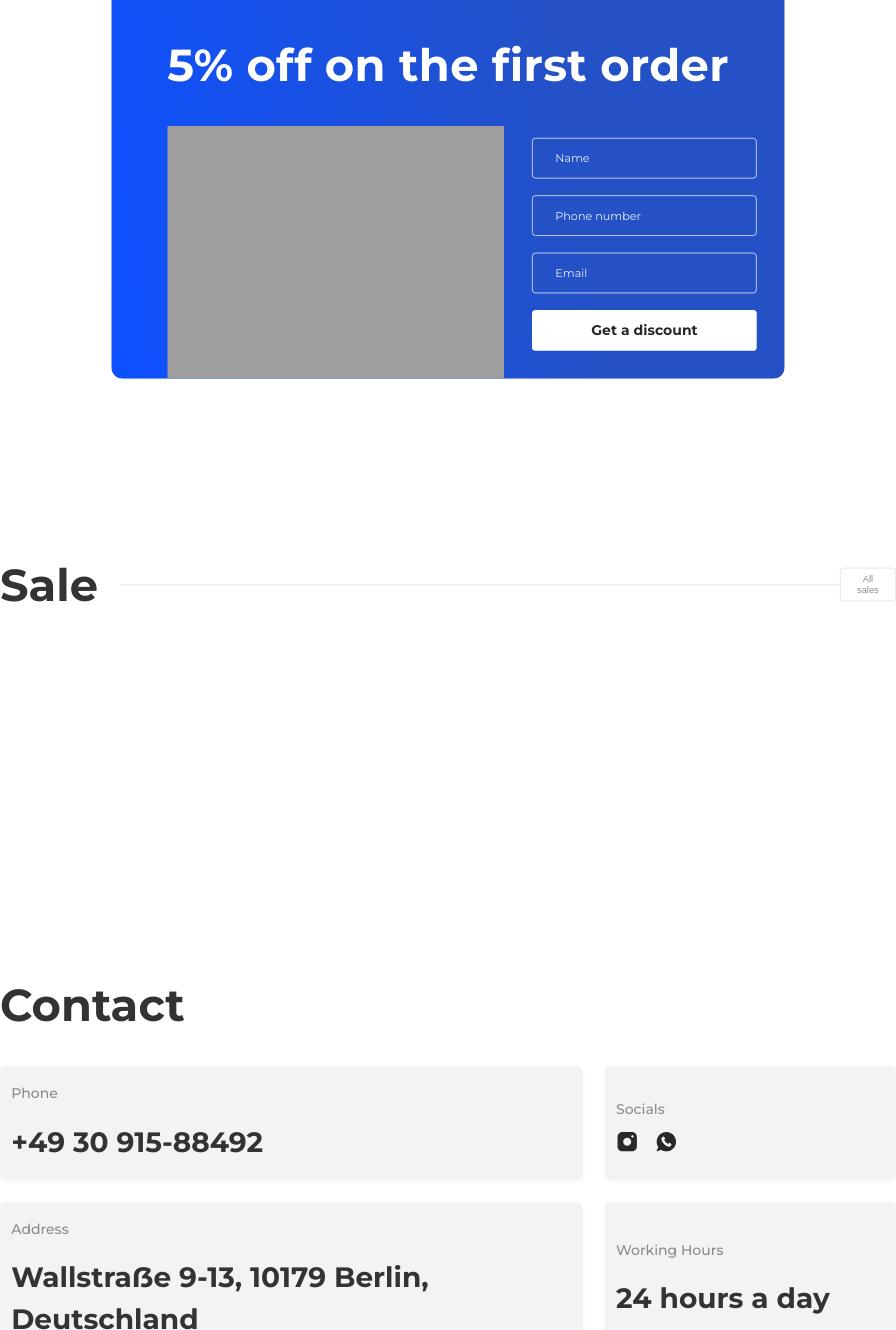
Repository: jursylian/PET-INTERNET-SHOP-PROJECT
Page: /
The author's editor kept a copy of each file at every save. The page is drawn from the files as they stood at one save, then again after the next save.
The browser window is 1280 px wide. The pictures show the part of the page from y = 1550 to 3450 px (the page is 3881 px tall before and 3810 px after), at 70% of full size.
Pictures or frames that could not be fetched are drawn as grey boxes. The page's requests for data from a server got no answer. The project was rebuilt for these pictures with package versions that can differ from the ones it lists, and the page was loaded fresh each time. No one was signed in, and anything a server would have sent is missing. Also part of the build but not shown: vite.config.js, src/pages/CategoriesAll/CategoriesAll.module.css, src/layouts/PageSection/PageSection.module.css, src/layouts/PageSection/PageSection.jsx, src/pages/CategoriesAll/CategoriesAll.jsx, src/redux/productsSelectors.js, src/components/ProductFilter/ProductFilter.module.css, src/components/ProductFilter/ProductFilter.jsx and 22 more.

Above is the page before, as saved 2025-11-06 18:18:07.

### index.html
<!DOCTYPE html>
<html lang="en">
  <head>
    <meta charset="UTF-8" />
    <link rel="icon" type="image/svg+xml" href="/vite.svg" />
    <link
      href="https://fonts.googleapis.com/css2?family=Montserrat:wght@400;500;700&display=swap"
      rel="stylesheet"
    />

    <meta name="viewport" content="width=device-width, initial-scale=1.0" />
    <title>pet-internet-shop-project</title>
  </head>
  <body>
    <div id="root"></div>
    <script type="module" src="/src/main.jsx"></script>
  </body>
</html>

### src/main.jsx
import React from "react";
import ReactDOM from "react-dom/client";
import App from "./App";
import { Provider } from "react-redux";
import store from "./redux/store";
import { BrowserRouter } from "react-router-dom";
import "./index.css";

ReactDOM.createRoot(document.getElementById("root")).render(
  <BrowserRouter>
    <Provider store={store}>
      <App />
    </Provider>
  </BrowserRouter>
);

### src/App.jsx
import "./App.css";
import AppRouter from "./router/AppRouter";

function App() {
  return (
    <>
      <AppRouter />
    </>
  );
}

export default App;

### src/index.css
* {
  margin: 0;
  padding: 0;
  box-sizing: border-box;
}

body {
  font-family: "Montserrat";
  font-size: 16px;
  line-height: 1.5;
  color: #333;
}

.text-decoration-none {
  text-decoration: none;
}

### src/router/AppRouter.jsx
import { Routes, Route } from "react-router-dom";
import MainLayout from "../layouts/MainLayout/MainLayout";

import Home from "../pages/Home/Home";
import CategoriesAll from "../pages/CategoriesAll/CategoriesAll";
import AllProducts from "../pages/AllProducts/AllProducts";
import ProductDescription from "../pages/ProductDescription/ProductDescription";
import Cart from "../pages/Cart/Cart";
import NotFound from "../pages/NotFound/NotFound";
import AllSales from "../pages/AllSales/AllSales";
import CategoryPage from "../pages/CategoryPage/CategoryPage";

function AppRouter() {
  return (
    <Routes>
      <Route element={<MainLayout />}>
        <Route path="/" element={<Home />} />
        <Route path="/categories" element={<CategoriesAll />} />
        <Route path="/categories/:categoryId" element={<CategoryPage />} />
        <Route path="/discounts" element={<AllSales />} />
        <Route path="/products" element={<AllProducts />} />
        <Route path="/product/:productId" element={<ProductDescription />} />
        <Route path="/cart" element={<Cart />} />
        <Route path="*" element={<NotFound />} />
      </Route>
    </Routes>
  );
}

export default AppRouter;

### src/layouts/MainLayout/MainLayout.jsx
import { Outlet } from "react-router-dom";
import Header from "../Header/Header";
import Footer from "../Footer/Footer";

export default function MainLayout() {
  return (
    <>
      <Header />
      <main className="container mx-auto p-4 min-h-[80vh]">
        <Outlet />
      </main>
      <Footer />
    </>
  );
}

### src/pages/Home/Home.jsx
import Categories from "../../components/Categories/Categories";
import PromoBanner from "../../components/PromoBanner/PromoBanner";
import DiscountForm from "../../components/DiscountForm/DiscountForm";
import Sales from "../../components/Sales/Sales";
import styles from "./Home.module.css";

function Home() {
  return (
    <main className={styles.wrapper}>
      <PromoBanner />
      <Categories />
      <DiscountForm />
      <Sales />
    </main>
  );
}

export default Home;

### src/layouts/Header/Header.jsx
import { Link, NavLink, useLocation } from "react-router-dom";
import { useSelector } from "react-redux";
import styles from "./Header.module.css";
import logo from "../../assets/logo.svg";
import cartIcon from "../../assets/cart-icon.svg";

function Header() {
  const items = useSelector((state) => state.cart.items);
  const totalQuantity = items.reduce((sum, item) => sum + item.quantity, 0);
  const location = useLocation();

  const currentPath = location.pathname;

  return (
    <header
      className={`${styles.header} ${
        currentPath !== "/" ? styles.withDivider : ""
      }`}
    >
      <div className={styles.left}>
        <Link to="/" className={styles.logo}>
          <img src={logo} alt="Логотип" />
        </Link>
      </div>

      <nav className={styles.nav}>
        {currentPath === "/" ? (
          <span className={styles.inactive}>Main Page</span>
        ) : (
          <NavLink to="/" end>
            Main Page
          </NavLink>
        )}

        {currentPath === "/categories" ? (
          <span className={styles.inactive}>Categories</span>
        ) : (
          <NavLink to="/categories">Categories</NavLink>
        )}

        {currentPath === "/products" ? (
          <span className={styles.inactive}>All Products</span>
        ) : (
          <NavLink to="/products">All Products</NavLink>
        )}

        {currentPath === "/discounts" ? (
          <span className={styles.inactive}>All Sales</span>
        ) : (
          <NavLink to="/discounts">All Sales</NavLink>
        )}
      </nav>

      <div className={styles.right}>
        <Link to="/cart" className={styles.cart}>
          <img src={cartIcon} alt="Корзина" />
          {totalQuantity > 0 && (
            <span className={styles.count}>{totalQuantity}</span>
          )}
        </Link>
      </div>
    </header>
  );
}

export default Header;

### src/layouts/Footer/Footer.jsx
import styles from "./Footer.module.css";
import chatIcon from "../../assets/ic-instagram.svg";
import phoneIcon from "../../assets/ic-whatsapp.svg";

export default function Footer() {
  return (
    <footer className={styles.footer}>
      <h3 className={styles.contact}>Contact</h3>
      <div className={styles.info}>
        <div className={styles.container}>
          <div className={styles.card}>
            <p className={styles.text}>Phone</p>
            <p className={styles.textInfo}>+49 30 915-88492</p>
          </div>
          <div className={styles.icons}>
            <p className={styles.text}>Socials</p>
            <div className={styles.socialsMedien}>
              <img src={chatIcon} alt="Chat" />
              <img src={phoneIcon} alt="Phone" />
            </div>
          </div>
        </div>

        <div className={styles.container}>
          <div className={styles.card}>
            <p className={styles.text}>Address</p>
            <p className={styles.textInfo}>
              Wallstraẞe 9-13, 10179 Berlin, Deutschland
            </p>
          </div>
          <div className={styles.icons}>
            <p className={styles.text}>Working Hours</p>
            <p className={styles.textInfo}>24 hours a day</p>
          </div>
        </div>
      </div>
      <div className={styles.map}>
        <iframe
          className={styles.iframe}
          src="https://www.google.com/maps/embed?pb=!1m18!1m12!1m3!1d3642.428115488763!2d13.40018838277564!3d52.5113162995337!2m3!1f0!2f0!3f0!3m2!1i1024!2i768!4f13.1!3m3!1m2!1s0x47a84e27db4748a5%3A0x1d538c01013c2c7!2sWallstra%C3%9Fe%209-13%2C%2010179%20Berlin!5e0!3m2!1suk!2sde!4v1760550313224!5m2!1suk!2sde"
          width="600"
          height="450"
          style={{ border: 0 }}
          allowFullScreen=""
          loading="lazy"
          referrerPolicy="no-referrer-when-downgrade"
        ></iframe>
      </div>
    </footer>
  );
}

### src/components/Categories/Categories.jsx
import { useNavigate } from "react-router-dom";
import { useEffect, useState } from "react";
import axios from "axios";
import styles from "./Categories.module.css";

const Categories = () => {
  const navigate = useNavigate();
  const [categories, setCategories] = useState([]);

  useEffect(() => {
    const fetchCategories = async () => {
      try {
        const res = await axios.get("http://localhost:3333/categories/all");
        setCategories(res.data.slice(0, 4));
      } catch (err) {
        console.error("Ошибка загрузки категорий:", err);
      }
    };

    fetchCategories();
  }, []);

  return (
    <section className={styles.categories}>
      <div className={styles.header}>
        <h2 className={styles.title}>Categories</h2>
        <div className={styles.line}></div>
        <button
          onClick={() => navigate("/categories")}
          className={styles.showAllBtn}
        >
          All categories
        </button>
      </div>

      <div className={styles.cards}>
        {categories.map(({ id, title, image }) => (
          <div
            key={id}
            className={styles.card}
            onClick={() => navigate(`/categories/${id}`)}
          >
            <img
              src={`http://localhost:3333${image}`}
              alt={title}
              className={styles.image}
            />
            <p className={styles.label}>{title}</p>
          </div>
        ))}
      </div>
    </section>
  );
};

export default Categories;

### src/components/PromoBanner/PromoBanner.jsx
import { Link } from "react-router-dom";
import styles from "./PromoBanner.module.css";
import bannerImage from "../../assets/background.png";

function PromoBanner() {
  return (
    <section className={styles.hero}>
      <img src={bannerImage} alt="Баннер" className={styles.image} />

      <div className={styles.content}>
        <h1>
          Amazing Discounts <br />
          on Pets Products!
        </h1>

        <Link to="/discounts" className={styles.button}>
          Check out
        </Link>
      </div>
    </section>
  );
}

export default PromoBanner;

### src/pages/Home/Home.module.css
/* Home.module.css */
.wrapper {
  display: flex;
  flex-direction: column;
  gap: 80px;
  padding: 40px 0;
}

.section {
  display: flex;
  flex-direction: column;
  gap: 24px;
}

.title {
  font-size: 28px;
  font-weight: 600;
}

.grid {
  display: grid;
  grid-template-columns: repeat(auto-fill, minmax(220px, 1fr));
  gap: 24px;
}

.message {
  font-size: 16px;
  color: #555;
}

### src/layouts/Header/Header.module.css
.header {
  display: flex;
  align-items: center;
  justify-content: space-between;
  padding: 40px 80px;
  height: 128px;
  width: 100%;
  position: relative;
  background-color: #fff;
  z-index: 10;
}

.withDivider {
  border-bottom: 1px solid #e5e5e5;
}

.left,
.right {
  flex: 1;
  display: flex;
  align-items: center;
}

.left {
  justify-content: flex-start;
}

.right {
  justify-content: flex-end;
}

.logo img {
  height: 70px;
  display: block;
  transition: transform 0.3s ease;
}

.logo img:hover {
  transform: scale(1.2);
}

.nav {
  flex: 2;
  display: flex;
  justify-content: center;
  align-items: center;
  gap: 44px;
}

.nav a {
  text-decoration: none;
  color: #282828;
  font-weight: 500;
  font-size: 20px;
  transition: color 0.2s ease;
}

.nav a:hover {
  color: #007bff;
}

.active {
  color: #007bff;
  font-weight: 600;
}

.inactive {
  color: #8b8b8b;
  font-weight: 500;
  font-size: 20px;
  cursor: default;
  text-decoration: none;
  pointer-events: none;
}

.inactive:hover {
  color: #8b8b8b;
}

.cart {
  position: relative;
  display: flex;
  align-items: center;
}

.cart img {
  height: 44px;
}

.count {
  position: absolute;
  top: 0;
  left: -6px;
  background-color: #007bff;
  color: white;
  border-radius: 50%;
  font-size: 12px;
  font-weight: bold;
  width: 22px;
  height: 22px;
  display: flex;
  align-items: center;
  justify-content: center;
}

### src/components/Categories/Categories.module.css
.categories {
  height: auto;
  min-height: 560px;
  border-radius: 10px;
  width: 100%;
  max-width: 1360px;
  margin: 0 auto;
  padding-bottom: 10px;
  margin-top: 106px;
}

.header {
  display: flex;
  align-items: center;
  margin-bottom: 40px;
  gap: 0; /* чтобы элементы были вплотную */
}

.title {
  font-family: Montserrat;
  font-weight: 700;
  font-size: 64px;
  margin-right: 32px;
  white-space: nowrap;
}

.line {
  flex: 1;
  height: 1px;
  background-color: #dddddd;
  margin-right: -1px; /* чтобы линия прямо “врезалась” в кнопку */
}

.showAllBtn {
  border: 1px solid #dddddd;
  border-radius: 5px;
  background-color: white;
  padding: 8px 16px;
  color: #8b8b8b;
  cursor: pointer;
  transition: all 0.3s ease;
  margin-left: 0; /* убираем отступ между линией и кнопкой */
}

.showAllBtn:hover {
  background-color: #7e7b7b;
  color: white;
  transform: translateY(-2px);
  box-shadow: 0 4px 8px rgba(0, 0, 0, 0.1);
}

.showAllBtn:active {
  background-color: #0d50ff;
  transform: scale(0.98);
  box-shadow: inset 0 2px 4px rgba(0, 0, 0, 0.2);
}

.cards {
  display: flex;
  flex-wrap: wrap;
  gap: 32px;
  justify-content: center;
}

.card {
  position: relative;
  text-align: center;
  cursor: pointer;
}

.image {
  width: 316px;
  height: 350px;
  object-fit: cover;
  border-radius: 12px;
  transition: transform 0.3s ease, box-shadow 0.3s ease;
}

.image:hover {
  transform: translateY(-6px) scale(1.1);
  box-shadow: 0 8px 16px rgba(0, 0, 0, 0.1);
}

.label {
  font-weight: 500;
  font-size: 20px;
  color: #282828;
  margin-top: 16px;
  line-height: 130%;
}

@media (max-width: 768px) {
  .header {
    flex-direction: column;
    align-items: center;
    gap: 16px;
  }

  .title {
    font-size: 36px;
    margin-right: 0;
  }

  .line {
    width: 100%;
    margin-right: 0;
  }

  .showAllBtn {
    font-size: 14px;
    padding: 6px 10px;
  }

  .cards {
    flex-direction: column;
    align-items: center;
    gap: 20px;
  }
}

### src/components/PromoBanner/PromoBanner.module.css
.hero {
  position: relative;
  width: 100%;
  height: 520px;
  overflow: hidden;
  margin-top: -40px;
}

.image {
  position: absolute;
  top: 0;
  left: 0;
  width: 100%;
  height: 100%;
  object-fit: cover;
  z-index: 1;
}

.content {
  position: relative;
  z-index: 2;
  color: #fff;
  text-align: left;
  padding-left: 80px;
  transform: translateY(50px);
}

.content h1 {
  font-size: 96px;
  font-weight: 700;
  margin-bottom: 40px;
  line-height: 1.1;
}

.button {
  display: inline-block;
  background: #0d50ff;
  color: #fff;
  font-weight: 600;
  font-size: 20px;
  border: none;
  border-radius: 8px;
  cursor: pointer;
  transition: background-color 0.2s ease, transform 0.2s ease;
  padding: 16px 36px;
  text-decoration: none;
  box-sizing: border-box;
}

.button:hover {
  background-color: #0036cc;
  transform: translateY(-3px);
  box-shadow: 0px 12px 20px rgba(13, 80, 255, 0.4);
}

### src/ui/Input/Input.jsx
import styles from "./Input.module.css";

const Input = ({
  type = "text",
  name,
  placeholder,
  value,
  onChange,
  error,
}) => {
  return (
    <div className={styles.field}>
      <input
        type={type}
        name={name}
        placeholder={placeholder}
        value={value}
        onChange={onChange}
        className={`${styles.input} ${error ? styles.errorBorder : ""}`}
      />
      {error && <p className={styles.error}>{error}</p>}
    </div>
  );
};

export default Input;

### src/ui/Button/Button.jsx
import { useState } from "react";
import styles from "./Button.module.css";

const Button = ({ children, onClick, type = "button", disabled = false }) => {
  const [submitted, setSubmitted] = useState(false);

  const handleClick = async (e) => {
    if (onClick) {
      const result = await onClick(e);

      if (result === true) {
        setSubmitted(true);
        setTimeout(() => setSubmitted(false), 3000);
      }
    }
  };

  return (
    <button
      type={type}
      onClick={handleClick}
      className={`${styles.button} ${submitted ? styles.submitted : ""}`}
      disabled={disabled || submitted}
    >
      {submitted ? "Request submitted" : children}
    </button>
  );
};

export default Button;

### src/components/DiscountForm/DiscountForm.module.css
.wrapper {
  max-width: 1395px;
  margin: 60px auto;
  border-radius: 16px;
  overflow: hidden;
}

.discountSection {
  position: relative;
  background: linear-gradient(261.47deg, #2451c6 32.63%, #0d50ff 98.96%);
  border-radius: 16px;
  padding: 60px 80px 0;
  display: flex;
  flex-direction: column;
  justify-content: space-between;
  min-height: 420px;
  overflow: hidden;
}

.title {
  color: #ffffff;
  font-weight: 800;
  font-size: 64px;
  text-align: center;
  margin-bottom: 40px;
  letter-spacing: 0.5px;
}

.content {
  display: flex;
  justify-content: space-between;
  align-items: flex-end;
  position: relative;
  gap: 40px;
}

.imageWrap {
  flex: 0 0 60%;
  display: flex;
  align-items: flex-end;
  justify-content: flex-start;
}

.animals {
  width: 100%;
  height: auto;
  object-fit: contain;
  transform: translateY(o);
}

.form {
  flex: 0 0 40%;
  display: flex;
  flex-direction: column;
  gap: 24px;
  align-items: stretch;
  justify-content: flex-end;
  padding-bottom: 40px;
}

@media (max-width: 1024px) {
  .discountSection {
    padding: 40px 24px;
  }

  .title {
    font-size: 42px;
    margin-bottom: 24px;
  }

  .content {
    flex-direction: column;
    align-items: center;
    gap: 32px;
  }

  .form {
    width: 100%;
    max-width: 380px;
    padding-bottom: 20px;
  }

  .imageWrap {
    justify-content: center;
  }

  .animals {
    width: 90%;
    transform: translateY(10px);
  }
}

@media (max-width: 600px) {
  .title {
    font-size: 32px;
  }

  .form {
    gap: 16px;
  }
}

### src/ui/Input/Input.module.css
.field {
  width: 100%;
  display: flex;
  flex-direction: column;
}

.input {
  padding: 16px 32px;
  width: 100%;
  height: 58px;
  border-radius: 5px;
  border: 1px solid #ffffff;
  background-color: #2451c6;
  color: #ffffff;
  font-size: 18px;
  font-family: Montserrat;
}

.input::placeholder {
  color: white;
  opacity: 0.9;
  font-size: 16px;
}

.error {
  font-size: 14px;
  color: #ffcccc;
  margin-top: 4px;
}

.errorBorder {
  border-color: #ff5555;
}

### src/ui/Button/Button.module.css
.button {
  padding: 16px 32px;
  width: 100%;
  height: 58px;
  font-family: Montserrat, sans-serif;
  font-weight: 600;
  font-size: 20px;
  border: none;
  border-radius: 5px;
  cursor: pointer;
  background-color: #fff;
  color: #282828;
  transition: all 0.3s ease;
}

/* при наведении */
.button:hover {
  background-color: #282828;
  color: #fff;
}

/* активное состояние (после отправки) */
.button.submitted {
  background-color: #fff;
  color: #0d50ff;
  border: 2px solid #0d50ff;
  cursor: default;
  transition: all 0.3s ease;
}

/* убираем hover для состояния submitted */
.button.submitted:hover {
  background-color: #fff;
  color: #0d50ff;
}

Loaded but not shown: src/redux/productSlice.js (51 lines, source omitted); src/redux/cartSlice.js (38 lines, source omitted); src/redux/store.js (12 lines, source omitted); src/components/DiscountForm/DiscountForm.jsx (91 lines, source omitted); src/components/Sales/Sales.jsx (89 lines, source omitted); src/components/Sales/Sales.module.css (156 lines, source omitted); src/layouts/Footer/Footer.module.css (155 lines, source omitted); src/App.css (no stored copy; drawn as an empty file)

After the next save:
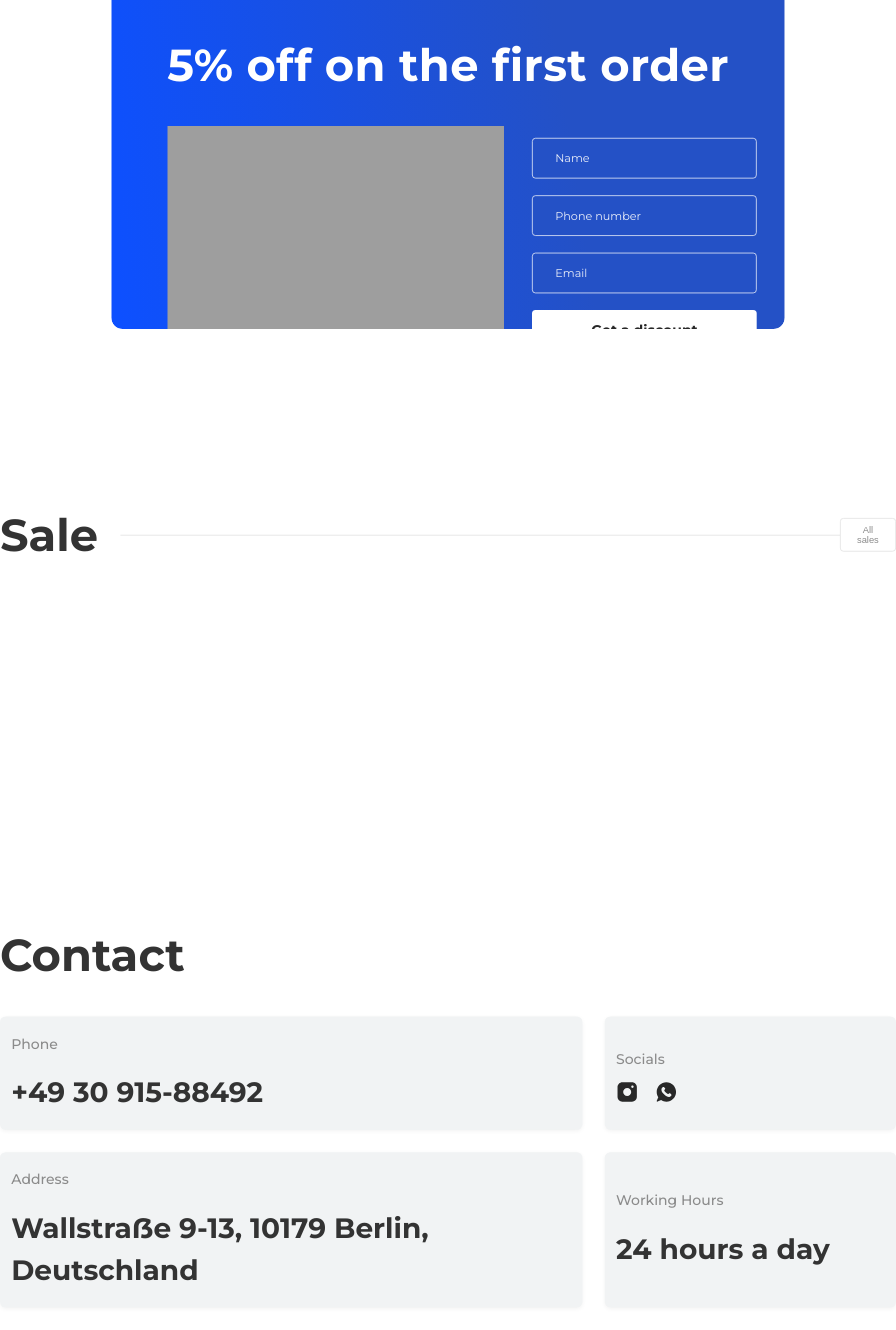
Saved 62 s later.
--- a/src/components/DiscountForm/DiscountForm.module.css
+++ b/src/components/DiscountForm/DiscountForm.module.css
@@ -15,6 +15,7 @@
   justify-content: space-between;
   min-height: 420px;
   overflow: hidden;
+  height: 486px;
 }
 
 .title {

After the 2 saves that followed:
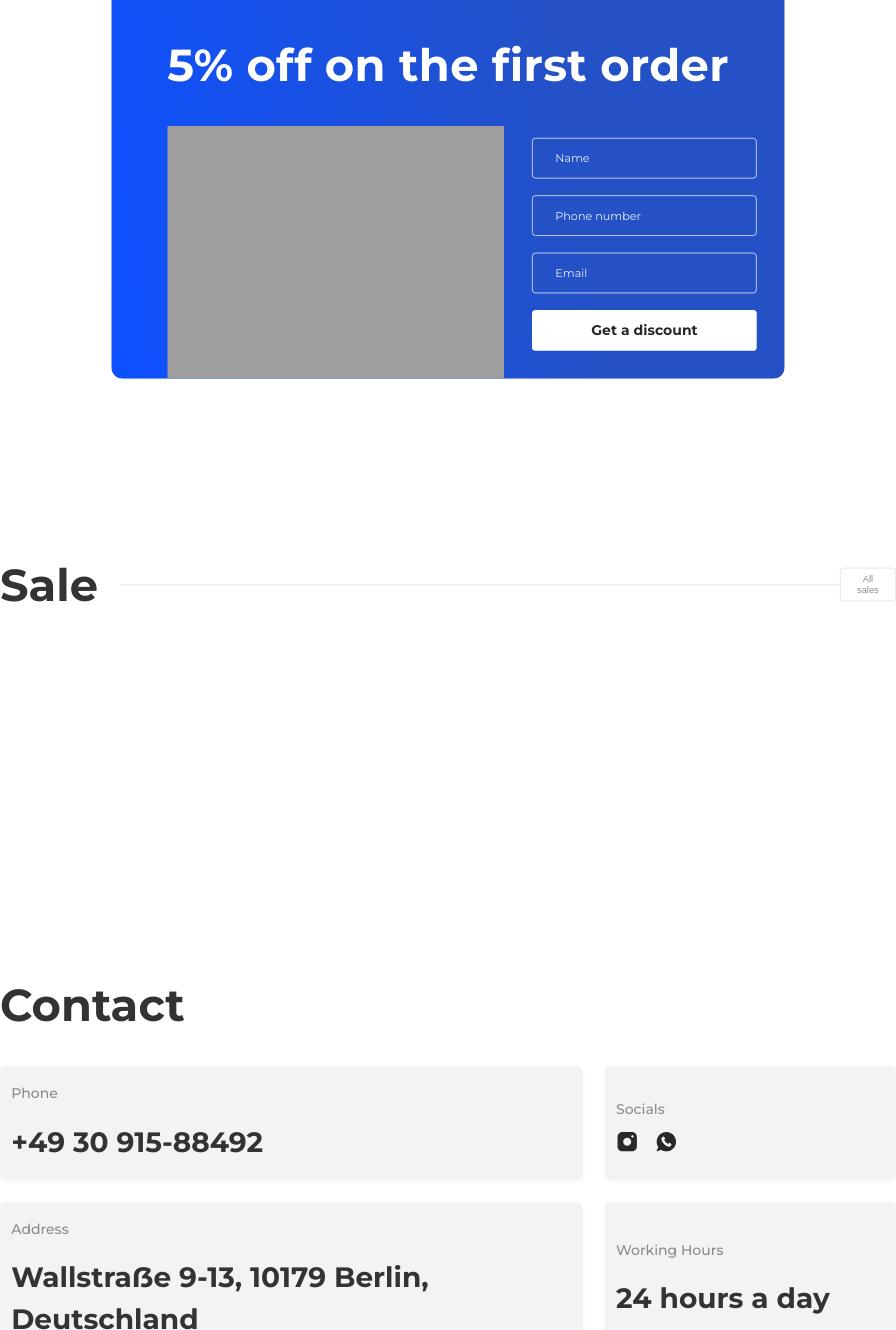
The 2 saves are shown as one change because 1 left the picture as it was.
The last was saved 15 s later.
--- a/src/components/DiscountForm/DiscountForm.module.css
+++ b/src/components/DiscountForm/DiscountForm.module.css
@@ -15,7 +15,6 @@
   justify-content: space-between;
   min-height: 420px;
   overflow: hidden;
-  height: 486px;
 }
 
 .title {
